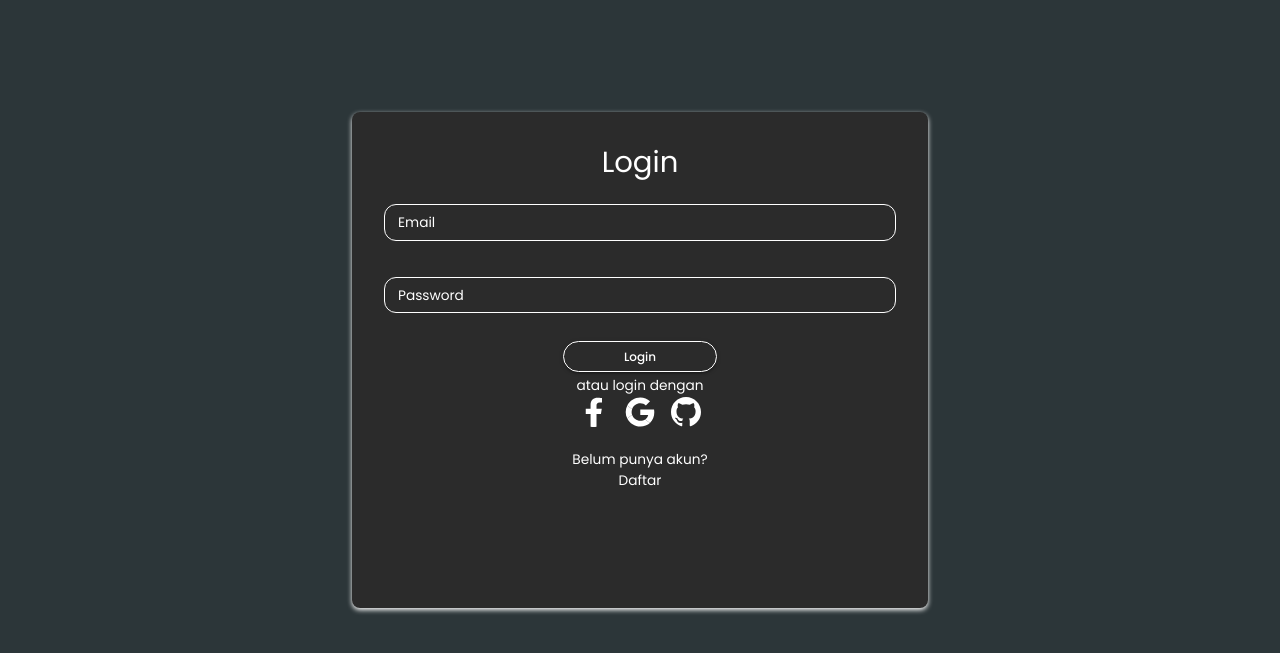
Repository: IzzaSuni/Izza-ToDo
Page: /login
An editor plug-in stored every save of this project. The page is shown before and after the next save, followed by the edit.
The browser window is 1280 px wide. The pictures show the whole page.
The project was rebuilt for these pictures with package versions that can differ from the ones it lists, and the page was loaded fresh each time. Also part of the build but not shown: src/App.css, src/services.js, src/utils/Query.js, src/utils/isLogin.js, src/components/List.js, src/components/Filter.js, src/components/ohayo.js, src/components/navbar.js and 2 more.

Above is the page before, as saved 2022-08-19 20:42:09.

### public/index.html
<!DOCTYPE html>
<html lang="en">
  <head>
    <meta charset="utf-8" />
    <link rel="icon" href="%PUBLIC_URL%/AKU.svg" />
    <meta name="viewport" content="width=device-width, initial-scale=1" />
    <meta name="theme-color" content="#000000" />
    <meta name="description" />
    <link rel="apple-touch-icon" href="%PUBLIC_URL%/logo192.png" />
    <!--
      manifest.json provides metadata used when your web app is installed on a
      user's mobile device or desktop. See https://developers.google.com/web/fundamentals/web-app-manifest/
    -->
    <link rel="manifest" href="%PUBLIC_URL%/manifest.json" />
    <!--
      Notice the use of %PUBLIC_URL% in the tags above.
      It will be replaced with the URL of the `public` folder during the build.
      Only files inside the `public` folder can be referenced from the HTML.

      Unlike "/favicon.ico" or "favicon.ico", "%PUBLIC_URL%/favicon.ico" will
      work correctly both with client-side routing and a non-root public URL.
      Learn how to configure a non-root public URL by running `npm run build`.
    -->
    <title>My Notes</title>
  </head>
  <body>
    <noscript>You need to enable JavaScript to run this app.</noscript>
    <div id="root"></div>
    <!--
      This HTML file is a template.
      If you open it directly in the browser, you will see an empty page.

      You can add webfonts, meta tags, or analytics to this file.
      The build step will place the bundled scripts into the <body> tag.

      To begin the development, run `npm start` or `yarn start`.
      To create a production bundle, use `npm run build` or `yarn build`.
    -->
  </body>
</html>

### src/index.js
import React from "react";
import ReactDOM from "react-dom/client";
import "./index.css";
import App from "./App";
import reportWebVitals from "./reportWebVitals";
import { ThemeProvider } from "@mui/material";
import Theme from "./utils/Theme";
const root = ReactDOM.createRoot(document.getElementById("root"));
root.render(
  <ThemeProvider theme={Theme}>
    <React.StrictMode>
      <App />
    </React.StrictMode>
  </ThemeProvider>
);

// If you want to start measuring performance in your app, pass a function
// to log results (for example: reportWebVitals(console.log))
// or send to an analytics endpoint. Learn more: https://bit.ly/CRA-vitals
reportWebVitals();

### src/index.css
@import url("https://fonts.googleapis.com/css2?family=Poppins:ital,wght@0,100;0,200;0,300;0,400;0,500;0,600;0,700;0,800;0,900;1,100;1,200;1,300;1,400;1,500;1,600;1,700;1,800;1,900&display=swap");
body {
  margin: 0;
  font-family: "Poppins", -apple-system, BlinkMacSystemFont, "Segoe UI",
    "Roboto", "Oxygen", "Ubuntu", "Cantarell", "Fira Sans", "Droid Sans",
    "Helvetica Neue", sans-serif;
  -webkit-font-smoothing: antialiased;
  -moz-osx-font-smoothing: grayscale;
  font-smooth: antialiased;
  box-sizing: border-box;
  background-color: #2c3639;
}
button[type="button"] {
  font-size: 10px;
}
svg {
  font-size: 16px !important;
}
code {
  font-family: source-code-pro, Menlo, Monaco, Consolas, "Courier New",
    monospace;
}
#cok:focus-within {
  box-shadow: 0px 1px 0px rgba(0, 0, 0, 0.555);
  transition: all 0.2s;
}
#cok,
#edit {
  box-shadow: 0px;
  transition: all 0.6s;
}
input {
  color: white !important;
  font-family: poppins;
}
textarea {
  color: white !important;
  font-family: poppins;
}
input:-webkit-autofill,
input:-webkit-autofill:hover,
input:-webkit-autofill:focus,
input:-webkit-autofill:active {
  -webkit-box-shadow: 0 0 0 30px #e7f6f2 inset !important;
  box-shadow: 0 0 0 30px #e7f6f2 inset !important;
}
input:disabled {
  -webkit-text-fill-color: black !important;
}
textarea:disabled {
  -webkit-text-fill-color: black !important;
}
#edit:focus-visible {
  box-shadow: 0px 1px 0px rgba(0, 0, 0, 0.555);
  transition: all 0.2s;
}
input#searchBar {
  padding: 4px 8px;
}

.grid {
  display: grid;
  gap: 10px;
  grid-template-columns: repeat(auto-fill, minmax(120px, 1fr));
  grid-template-rows: masonry;
}

.my-masonry-grid {
  display: -webkit-box; /* Not needed if autoprefixing */
  display: -ms-flexbox; /* Not needed if autoprefixing */
  display: flex;
  width: auto;
}
.my-masonry-grid_column {
  /* padding-left: 5px; gutter size */
  background-clip: padding-box;
}

/* Style your items */
.my-masonry-grid_column > div {
  /* change div to reference your elements you put in <Masonry> */
  margin-bottom: 10px;
}

::-webkit-scrollbar {
  width: 6px;
  height: 2px;
}

::-webkit-scrollbar-track {
  box-shadow: inset 0 0 10px transparent;
  border-radius: 10px;
}

/* Handle */
::-webkit-scrollbar-thumb {
  border: 2px solid rgba(0, 0, 0, 0);
  background-clip: padding-box;
  border-radius: 10px;
  background-color: #303030;
}

.shadow {
  box-shadow: 0px 2px 5px white;
}
.MuiPopover-paper {
  background: #2b2b2b !important;
  box-shadow: 0px 2px 5px white !important;
}

/* responsive=============================================================================== */
#mainContainer {
  display: block;
  height: 100vh;
}
@media (max-width: 900px) {
  #mainForm {
    display: none;
  }
  #ohayoSmall {
    text-align: center;
    position: sticky;
    width: 100vw;
  }
  #ohayoBig {
    display: none;
  }

  #listForm {
    width: 100%;
  }
  #buttonAddNotes {
    position: sticky;
    bottom: 0;
    width: 100vw;
    height: 52px !important;
    text-align: center;
    border-radius: 16px 16px 0 0;
  }
}
@media (min-width: 900px) {
  #buttonAddNotes {
    display: none;
  }
  #mainContainer {
    display: block;
  }
  #ohayoSmall {
    display: none;
  }
}

#loginButton:hover {
  background: transparent !important;
}

### src/App.js
import "./App.css";
import Layout from "./components/Layout";
import MainPage from "./components/MainPage";
import { BrowserRouter as Router, Switch, Route } from "react-router-dom";
import Login from "./components/Login";
import CreateAccount from "./components/CreateAccount";

function App({}) {
  return (
    <div className="App">
      <Router>
        <Switch>
          <Route exact path="/publicNote">
            <Layout>
              <MainPage />
            </Layout>
          </Route>
          <Route path={"/login"}>
            <Layout>
              <Login />
            </Layout>
          </Route>
          <Route path={"/signUp"}>
            <Layout>
              <CreateAccount />
            </Layout>
          </Route>
          <Route exact path={"/publicNote/Private"}>
            <Layout>
              <MainPage />
            </Layout>
          </Route>
          <Route path="*">
            <main style={{ padding: "1rem" }}>
              <p>There's nothing here!</p>
            </main>
          </Route>
        </Switch>
      </Router>
    </div>
  );
}

export default App;

### src/utils/Theme.js
import { green } from "@mui/material/colors";
import { createTheme, ThemeProvider } from "@mui/material/styles";

export const background = "#FCE7E7";
export const Black = "#303030";
export const Green = "#E7F634";
export const Disable = "#97A8A8";

export const Screensize = {
  mobile: 0,
  tablet: 900,
  laptop: 1350,
  desktop: 1700,
};

export const colors = {
  background,
  Black,
  Green,
  Disable,
};
export const theme = createTheme({
  breakpoints: {
    values: {
      mobile: 0,
      tablet: 900,
      laptop: 1350,
      desktop: 1700,
    },
  },
  typography: {
    fontFamily: "Poppins",
    fontSize: 12,
    allVariants: {
      color: "white ",
    },
  },
  components: {
    MuiButton: {
      styleOverrides: {
        root: {
          textTransform: "none",
          fontFamily: "Poppins !important",
        },
      },
    },
  },
});

export default theme;

### src/components/Layout.js
import { Box } from "@mui/material";

const Layout = ({ children }) => {
  return (
    <Box
      height={"100vh"}
      width={`calc("100vw - 32px")`}
      display={"flex"}
      alignItems={"center "}
    >
      {children}
    </Box>
  );
};
export default Layout;

### src/components/Login.js
import { Box, Typography } from "@mui/material";
import { makeStyles } from "@mui/styles";
import { useState } from "react";
import { UseDoLogIn } from "../services";
import Input from "./Input";
import { getAuth, signInWithEmailAndPassword } from "firebase/auth";
import { getFirestore } from "firebase/firestore";
import Cookies from "universal-cookie";
import { useHistory } from "react-router-dom";
import Img from "./Img";

const firebaseConfig = {
  apiKey: "AIzaSyAjZX0rIvNdmRXab8sDlkjihku_Bh4y0jg",
  authDomain: "notes-9e77e.firebaseapp.com",
  projectId: "notes-9e77e",
  storageBucket: "notes-9e77e.appspot.com",
  messagingSenderId: "518427613842",
  appId: "1:518427613842:web:af718e1b48a3b7972be44b",
  measurementId: "G-4QZVSNXS15",
};

const useStyles = makeStyles({
  card: {
    height: "60vh",
    width: "40vw",
    background: "#2B2B2B",
    borderRadius: "8px",
    padding: "32px",
  },
  container: {
    height: "100vh",
    width: "100vw",
    display: "flex",
    justifyContent: "center",
    alignItems: "center",
  },
});

export default function Login(prop) {
  const history = useHistory();
  const classes = useStyles();
  const [msg, setMsg] = useState({ type: "", msg: "" });
  const [loading, setLoading] = useState(false);
  const db = getFirestore();
  const auth = getAuth();

  //check if signed

  const signed = prop.signed;
  if (!signed) {
    localStorage.clear();
  } else {
    history.push("/publicNote");
  }

  //generateErr
  const generateErrEmail = (content, type) => {
    if (type === "email") {
      if (content.length === 0) return " ";
      else if (content[content.indexOf("@") + 1] === undefined)
        return "format e-mail salah";
      else if (content.length > 0 && content.indexOf("@") === -1)
        return "format e-mail salah";
      else return " ";
    } else {
      if (content.length === 0) return "";
      if (content.length > 0 && content.length < 6)
        return "minimal password 8 karakter";
      else return " ";
    }
  };

  //handleSubmit
  const submit = (e) => {
    setLoading(true);
    e.preventDefault();
    const email = e.target[0].value;
    const password = e.target[2].value;
    signInWithEmailAndPassword(auth, email, password)
      .then((e) => {
        const cookies = new Cookies();
        cookies.set("akikToken", e._tokenResponse.idToken, {
          path: "/",
          maxAge: 43200,
        });
        setMsg({ type: "success", msg: "berhasil login" });
        setLoading(false);
        history.push(`/publicNote/Private?user=${e.user.displayName}`);
      })
      .catch((err) => {
        if (err.code === "auth/wrong-password")
          setMsg({ msg: "Maaf email atau password salah 👀", type: "error" });
        if (err.code === "auth/user-not-found")
          setMsg({ msg: "Maaf user tidak ditemukan 👀", type: "error" });
        setLoading(false);
        return err;
      });
  };

  //handleChangeE
  const handleChangeE = (e) => {
    const helperE = document.getElementById("helperEmail");
    const msg = generateErrEmail(e.target.value, "email");
    if (msg === "e-mail sesuai format") helperE.style.color = "green";
    else {
      helperE.style.color = "yellow ";
    }
    helperE.innerHTML = msg;
  };

  //handleChangeE
  const handleChangeU = (e) => {
    const helperE = document.getElementById("helperEmail");
    const msg = generateErrEmail(e.target.value, "email");
    if (msg === "e-mail sesuai format") helperE.style.color = "green";
    else {
      helperE.style.color = "yellow ";
    }
    helperE.innerHTML = msg;
  };

  //handleChangeP
  const handleChangeP = (e) => {
    const helperP = document.getElementById("helperPass");
    const msg = generateErrEmail(e.target.value, "pass");
    if (msg === "sukses") helperP.style.color = "green";
    else {
      helperP.style.color = "yellow ";
    }
    helperP.innerHTML = msg;
  };

  //return
  return (
    <Box className={classes.container}>
      <Box className={`${classes.card} shadow`}>
        <Typography textAlign="center" variant={"h4"}>
          Login
        </Typography>
        <Box marginY={3}>
          <form onSubmit={submit}>
            <Box>
              <Input
                type="email"
                label={"Email"}
                inputType="text"
                hdlChange={handleChangeE}
              />
              <Box height={"12px"} mt={1} pl="14px">
                <Typography id="helperEmail"></Typography>
              </Box>
            </Box>

            <Box mt={2}>
              <Input
                type="email"
                label="Password"
                inputType={"password"}
                hdlChange={handleChangeP}
              />
              <Box height={"12px"} my={1} pl="14px">
                <Typography id="helperPass" />
              </Box>
            </Box>
            <Box display="flex" justifyContent={"center"} pb={0.5}>
              <Input
                type={"buttonLoading"}
                loading={loading}
                className={{ width: "30%" }}
              >
                Login
              </Input>
            </Box>
            <Box>
              <Typography textAlign={"center"}>atau login dengan</Typography>
            </Box>
            <Box
              display="inline-flex"
              justifyContent={"center"}
              width="100%"
              pb={2}
            >
              <Img src="/facebook.svg" px={"8px"} />
              <Img src="/google.svg" px={"8px"} />
              <Img src="/Github.svg" px={"8px"} />
            </Box>
            <Typography textAlign={"center"}>Belum punya akun?</Typography>
            <Box display="flex" justifyContent={"center"}>
              <Typography>Daftar</Typography>
            </Box>
          </form>
        </Box>
        <Typography textAlign="center">{msg.msg}</Typography>
      </Box>
    </Box>
  );
}

### src/components/Input.js
import { makeStyles } from "@mui/styles";
import {
  Box,
  Button,
  FormControl,
  InputAdornment,
  InputBase,
  InputLabel,
  MenuItem,
  Select,
  TextField,
  Typography,
} from "@mui/material";
//icons
import EditIcon from "@mui/icons-material/Edit";
import DeleteIcon from "@mui/icons-material/Delete";
import ClearIcon from "@mui/icons-material/Clear";
import DoneIcon from "@mui/icons-material/Done";
import { useState } from "react";
import { LoadingButton } from "@mui/lab";

const useStyles = makeStyles({
  paper: {
    height: "100%",
    width: "20%",
    background: "#E7F6F2 !important",
    borderRadius: "16px",
    overflow: "auto",
  },
  paperList: {
    height: "100%",
    width: "80%",
    flexWrap: "wrap",
    background: "#CEE5D0 !important",
    overflow: "auto",
  },
  Button: {
    "&.MuiButton-root": {
      textTransform: "none !important",
      color: "white",
      background: "transparent ",
      borderRadius: "32px",
      border: "1px solid white",
      padding: "4px 16px",
      "&:hover": {
        background: "#693737",
        color: "white ",
      },
      "&:active": {
        background: "#693737",
        color: "white ",
      },
      "& .MuiLoadingButton-loadingIndicator": {
        color: "white !important",
      },
      "&.Mui-disabled": {
        color: "rgba(255, 255, 255, 0.541)",
      },
    },
  },
  TextField: {
    "&:hover fieldset": {
      borderColor: "#100F0F !important",
      color: "white",
    },
    "& label.Mui-focused": {
      color: "white",
    },
    "& fieldset": {
      borderColor: "white !important",
    },
    "&.Mui-focused fieldset": {
      borderColor: "white !important",
    },
    "& .MuiOutlinedInput-root": {
      borderRadius: "12px !important",
      color: "white",
    },
  },
  TextFields: {
    "& .MuiInputBase-input": {
      padding: "0px !important",
      borderBottom: "1px white dashed !important",
      width: "100%",
    },
  },
  login: {
    "&:hover fieldset": {
      borderColor: "white !important",
    },
    "& label.Mui-focused": {
      color: "black",
    },
    "& fieldset": {
      borderColor: "white !important",
    },
    "&.Mui-focused fieldset": {
      borderColor: "white !important",
    },
    "& .MuiOutlinedInput-root": {
      borderRadius: "12px !important",
    },
  },
  form: {
    justifytitle: "space-between",
    width: ` 100% `,
    marginTop: "32px",
  },
  editForm: { width: "100%", display: "flex", padding: "0px 8px" },
  smallBox: {
    height: "10px",
    width: "10px",
    marginRight: "32px",
    borderRadius: "16px",
    paddingLeft: "16px",
    border: "1px dashed black",
  },
  Menu: {
    "&.MuiMenu-list": {
      background: "#2B2B2B",
      borderRadius: "12px",
      padding: "16px",
      width: "250px",
    },
    "& .MuiMenuItem-root": {
      padding: "0px",
    },
  },
});

export default function Input({
  type,
  select,
  hdlChange,
  children,
  defVal,
  hdlEdit,
  onClickBtn,
  color,
  className,
  label,
  placeholder,
  inputType,
  loading,
  maxchar,
  isdisabled,
  icon,
  id,
}) {
  const [anchorEl, setAnchorEl] = useState(null);

  const renderButton = ({ value, type }) => {
    return type === "delete" ? (
      value.isedit ? (
        <>
          <DoneIcon />
        </>
      ) : (
        <>
          <DeleteIcon />
        </>
      )
    ) : value.isedit ? (
      <>
        <ClearIcon sx={{ ml: 1 }} />
      </>
    ) : (
      <>
        <EditIcon sx={{ ml: 1 }} />
      </>
    );
  };

  const classes = useStyles();
  const renderInput = () => {
    switch (type) {
      case "text":
        return (
          <TextField
            size={"small"}
            label={"Title"}
            placeholder="Type the title here"
            className={classes.TextField}
            required
            inputProps={{ maxLength: "20" }}
            sx={{ width: "100%", marginBottom: 3 }}
          />
        );
      case "email":
        return (
          <TextField
            size={"small"}
            label={label}
            placeholder={label}
            className={classes.login}
            type={inputType}
            inputProps={{ maxLength: maxchar }}
            InputProps={icon}
            sx={{
              width: "100%",
              marginBottom: 3,
              "&.MuiFormControl-root": {
                marginBottom: 0,
              },
              "& .Mui-focused": {
                color: "white !important",
              },
            }}
            onChange={hdlChange}
          />
        );
      case "multiline":
        return (
          <TextField
            label={"Description"}
            size={"medium"}
            placeholder="Type the description here"
            className={classes.TextField}
            multiline
            sx={{ width: "100%", marginBottom: 3, borderRadius: 12 }}
          />
        );
      case "select":
        return (
          <FormControl
            fullWidth
            className={`${classes.TextField} `}
            sx={{
              marginBottom: "24px",
            }}
            id="kontol"
          >
            <InputLabel id="catLabel">Select Category</InputLabel>
            <Select
              id="catuu"
              label="Select Category"
              onChange={hdlChange}
              defaultChecked={false}
              required
              className={`${classes.Menu}`}
            >
              <MenuItem value={"Reminder"} disabled>
                Select a category
              </MenuItem>
              <MenuItem value={"Work"}>Work</MenuItem>
              <MenuItem value={"To do"}>To do</MenuItem>
              <MenuItem value={"Money"}>Money</MenuItem>
              <MenuItem value={"Reminder"}>Reminder</MenuItem>
              <MenuItem value={"Assignment"}>Task</MenuItem>
              <MenuItem value={"Study"}>Study</MenuItem>
            </Select>
          </FormControl>
        );

      case "button":
        return (
          <Button
            disableRipple
            type="submit"
            variant="contained"
            className={classes.Button}
            sx={className}
          >
            {children}
          </Button>
        );
      case "buttonLoading":
        return (
          <LoadingButton
            disableRipple
            type="submit"
            variant="contained"
            loading={loading}
            className={classes.Button}
            sx={className}
            disabled={isdisabled}
            loadingPosition="end"
          >
            {children}
          </LoadingButton>
        );
      case "buttonCustom":
        return (
          <Button
            disableRipple
            type="button"
            onClick={onClickBtn}
            className={`${classes.Button}`}
            id={id}
            style={className}
          >
            {children}
          </Button>
        );

      case "editTitle":
        return (
          <InputBase
            defaultValue={defVal.title}
            onChange={hdlEdit}
            className={classes.TextFields}
            disabled={defVal.isedit === true ? false : true}
            sx={{
              fontSize: "16px !important",
            }}
          />
        );
      case "editDesc":
        return (
          <InputBase
            sx={{
              width: "100%",
              padding: "0px !important",
              mt: 2,
              lineHeight: "18px",
            }}
            defaultValue={defVal.desc}
            onChange={hdlEdit}
            className={classes.TextFields}
            disabled={defVal.isedit === true ? false : true}
            multiline
          />
        );
      case "divider":
        return (
          <Box
            height={"1px"}
            width="100%"
            bgcolor={"#CEE5D0"}
            mx={2}
            variant="middle"
            alignSelf={"center "}
          />
        );
      default:
        break;
    }
  };
  return renderInput();
}

### src/components/Img.js
import { Box } from "@mui/system";

const Img = ({ width = "30px", height = "30px", src,px }) => {
  return (
    <Box>
      <img
        src={process.env.PUBLIC_URL + src}
        style={{ height: height, width: width, margin: `0 ${px}`,cursor:'pointer' }}
        alt={src}

      />
    </Box>
  );
};

export default Img;

Loaded but not shown: src/reportWebVitals.js (common file)

After the next save:
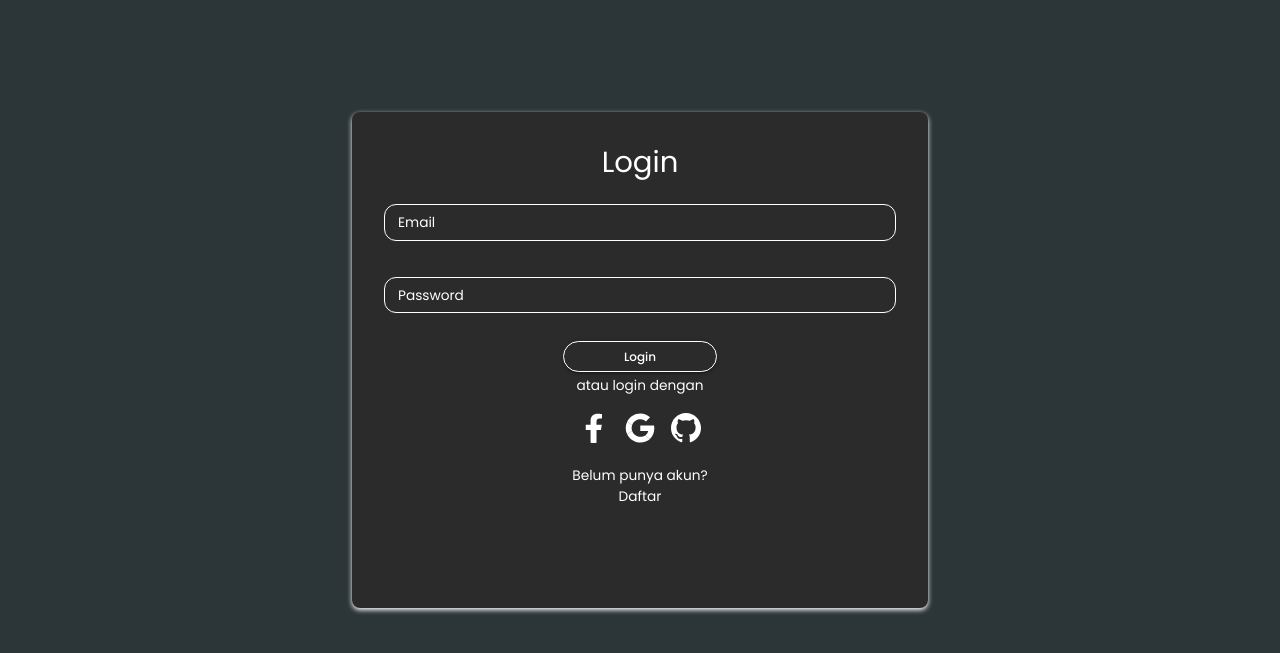
Saved 17 s later.
--- a/src/components/Login.js
+++ b/src/components/Login.js
@@ -178,7 +178,7 @@ export default function Login(prop) {
               display="inline-flex"
               justifyContent={"center"}
               width="100%"
-              pb={2}
+              py={2}
             >
               <Img src="/facebook.svg" px={"8px"} />
               <Img src="/google.svg" px={"8px"} />
